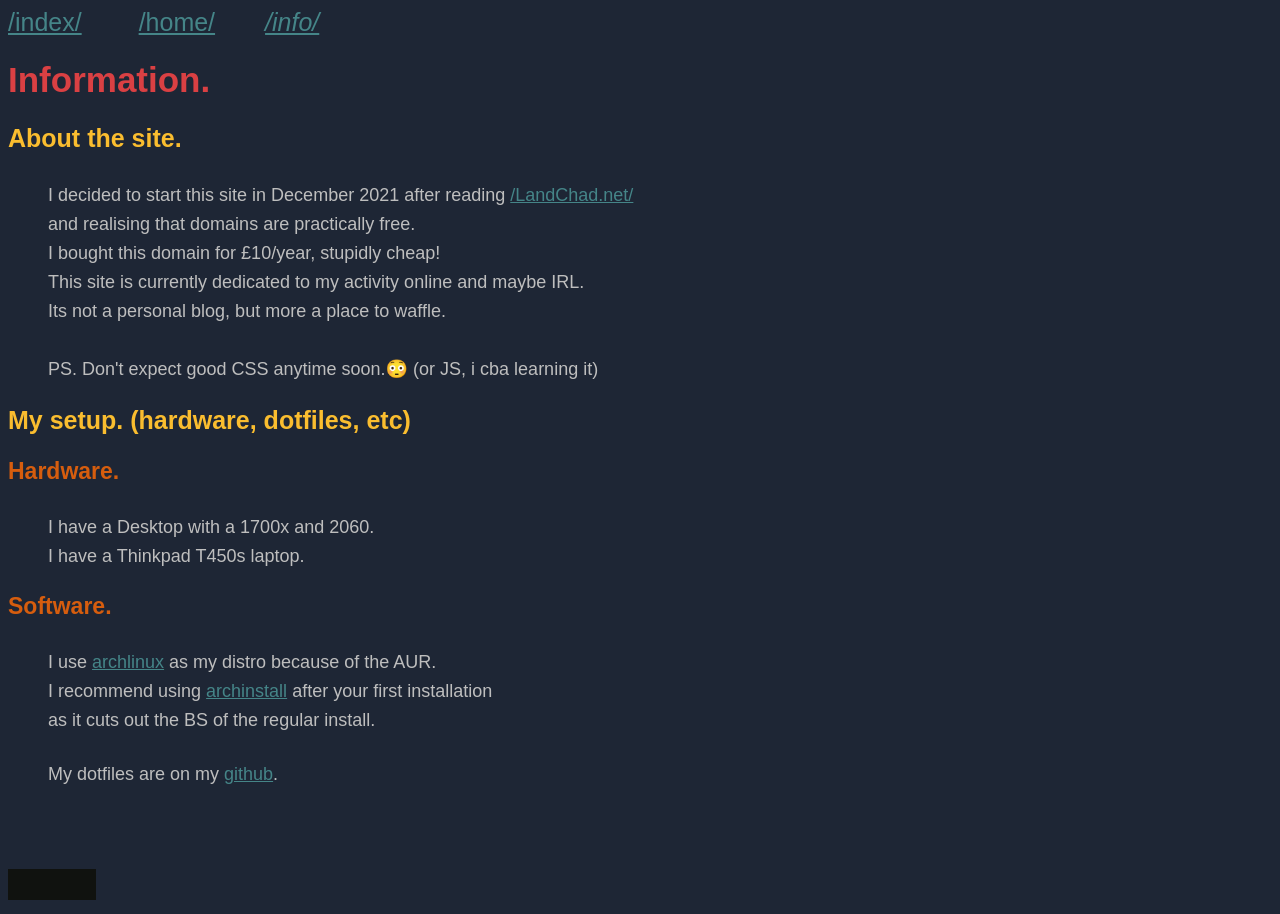
Repository: KieranCrossland/kierancrosslandxyz
Page: info.html
The author's editor kept a copy of each file at every save. The page is drawn from the files as they stood at one save, then again after the next save.
The browser window is 1280 px wide. The pictures show the whole page.

Above is the page before, as saved 2022-06-19 02:11:19.

After the next save:
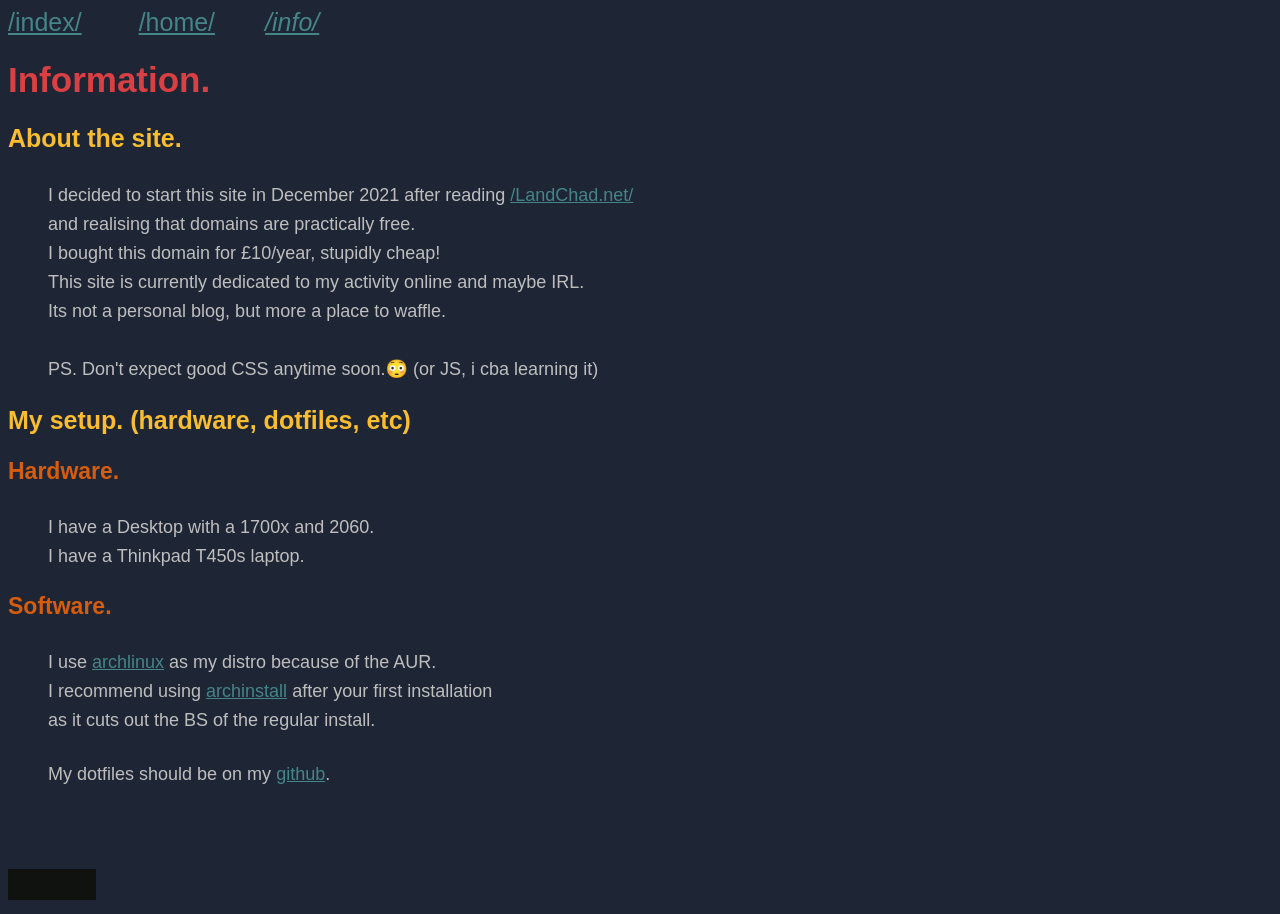
Saved 21 s later.
--- a/info.html
+++ b/info.html
@@ -87,7 +87,7 @@ h3 {
 <h3>Software.</h3>
 <ul><p1>I use <a href="https://archlinux.org/" target="_blank">archlinux</a> as my distro because of the AUR.<br>
   I recommend using <a href="https://wiki.archlinux.org/title/Archinstall" target="_blank">archinstall</a> after your first installation<br>as it cuts out the BS of the regular install. </p1></ul>
-<ul><p1>My dotfiles are on my <a href="https://github.com/kierancrossland" target="_blank">github</a>.</p1></ul>
+<ul><p1>My dotfiles should be on my <a href="https://github.com/kierancrossland" target="_blank">github</a>.</p1></ul>
 <br><br><a href="https://landchad.net" target="_blank">
  <img src="img/landchad.gif" width="88px" height="31px" alt=""/>
 
